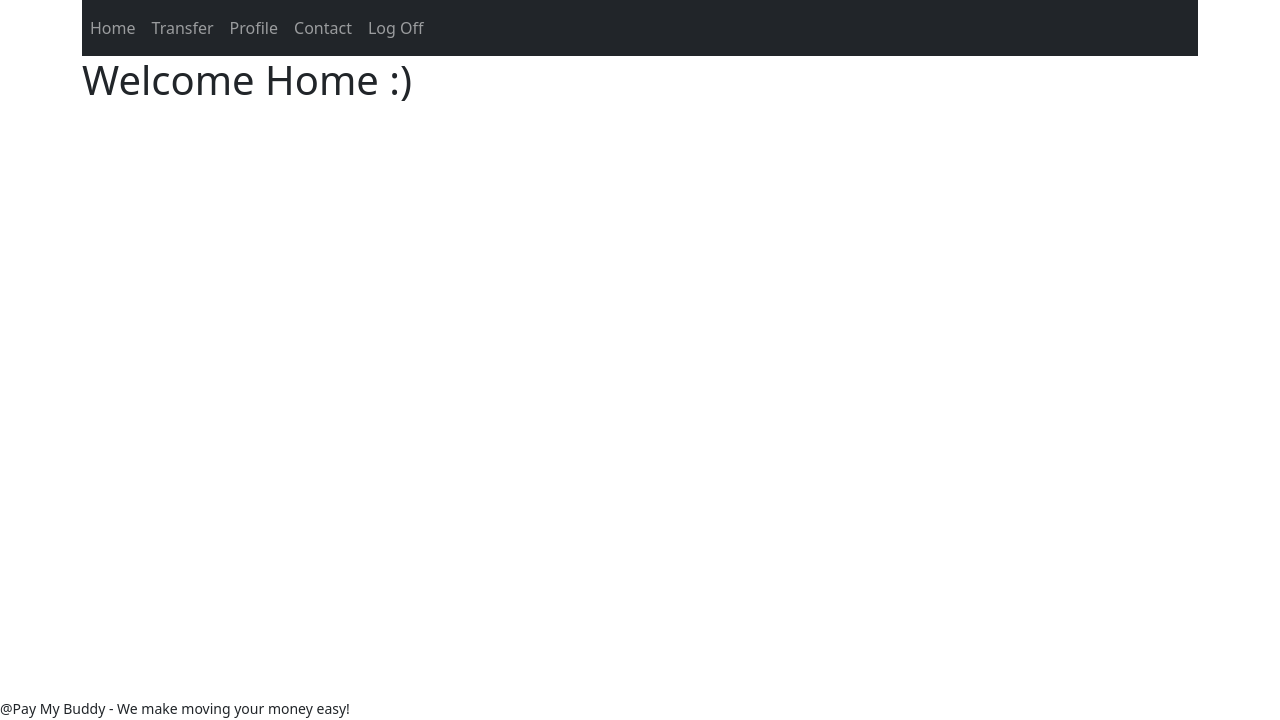
Repository: Am-BOUK/paymybuddy
Page: http://localhost/index
An editor plug-in stored every save of this project. The page is shown before and after the next save, followed by the edit.
The browser window is 1280 px wide. The pictures show the whole page.
The page is this project's Thymeleaf template; nobody is signed in. The template is opened directly, without the code that normally fills it, so the values that code supplies are empty.

Above is the page before, as saved 2021-12-15 19:02:20.

After the next save:
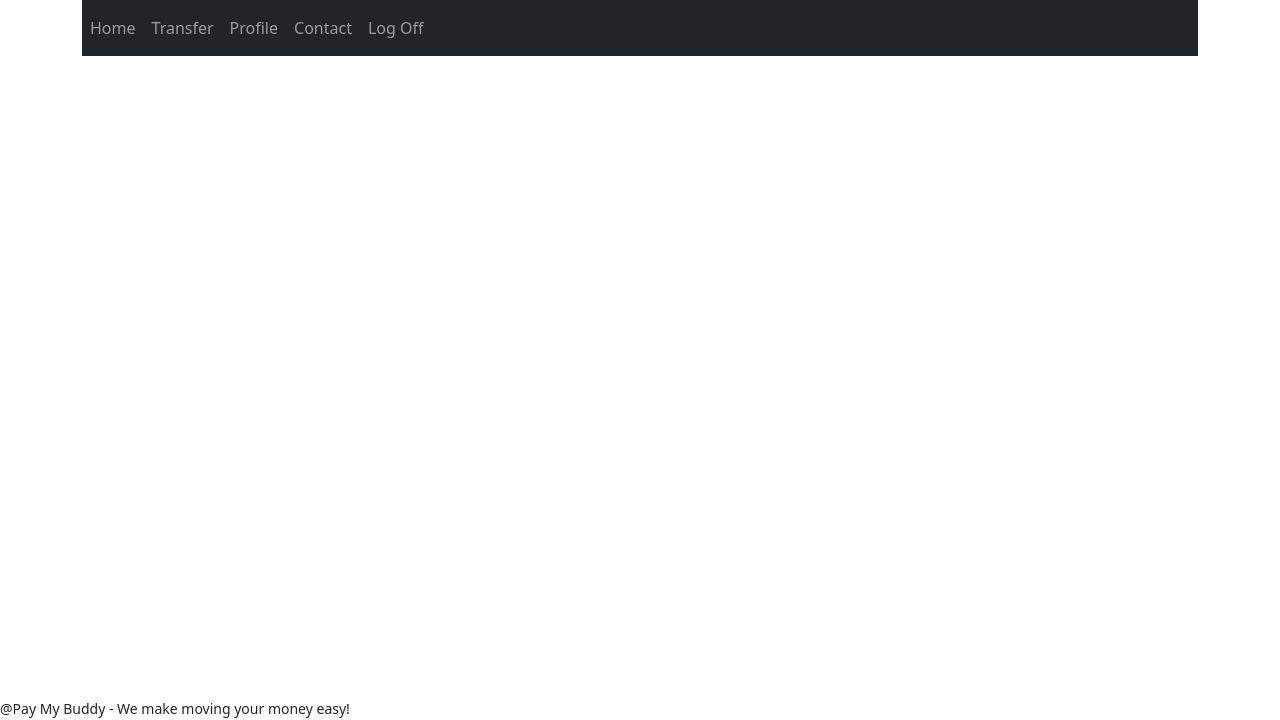
Saved 50 s later.
--- a/PayMyBuddy/src/main/resources/templates/index.html
+++ b/PayMyBuddy/src/main/resources/templates/index.html
@@ -33,8 +33,9 @@
 				</ul>
 			</nav>
 		</div>
-		<h1>Welcome Home :)</h1>
+
 	</div>
+
 	<footer class="fixed-bottom">
 		<small>@Pay My Buddy - We make moving your money easy!</small>
 	</footer>
